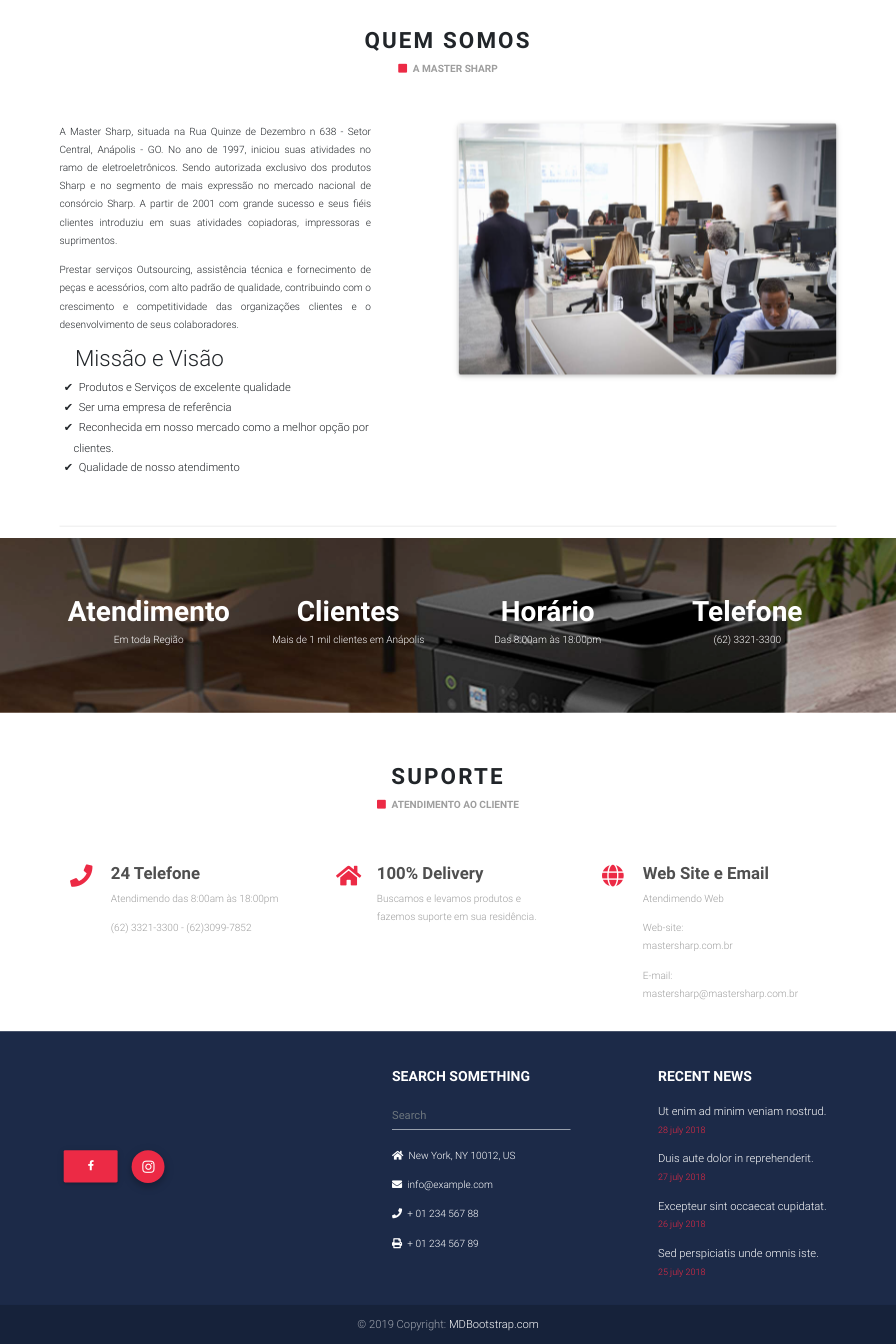
Repository: SalomaoMiguel/mastshap
Page: html/index.html
These files come from the project's save history. The page is drawn as it stood at one moment and after the next save; the edit follows.
The browser window is 1280 px wide. The pictures show the part of the page from y = 1373 to 3293 px (the page is 3293 px tall), at 70% of full size.
Some web libraries are served in a nearby version.

Above is the page before, as saved 2021-02-17 15:32:11.

### html/index.html
<!DOCTYPE html>
<html lang="pt-br">

<head>
  <meta charset="utf-8">
  <meta name="viewport" content="width=device-width, initial-scale=1, shrink-to-fit=no">
  <meta http-equiv="x-ua-compatible" content="ie=edge">
  <title>Master Sharp</title>
  <!-- Font Awesome -->
  <link rel="stylesheet" href="https://use.fontawesome.com/releases/v5.8.2/css/all.css">
  <!-- Bootstrap core CSS -->
  <link href="../css/bootstrap.min.css" rel="stylesheet">
  <!-- Material Design Bootstrap -->
  <link href="../css/mdb.min.css" rel="stylesheet">
  <style>
    html,
        body,
        header,
        .jarallax {
          height: 100%;
        }

        @media (min-width: 560px) and (max-width: 740px) {
          html,
          body,
          header,
          .jarallax {
            height: 500px;
          }
        }

        @media (min-width: 800px) and (max-width: 850px) {
            html,
            body,
            header,
            .jarallax {
              height: 600px;
            }
        }

        @media (min-width: 800px) and (max-width: 850px) {
            .navbar:not(.top-nav-collapse) {
                background: #24355c!important;
            }
            .navbar {
              box-shadow: 0 2px 5px 0 rgba(0,0,0,.16), 0 2px 10px 0 rgba(0,0,0,.12) !important;
            }
        }
    </style>
</head>

<body class="intro-page transport-lp">

  <!--Navigation & Intro-->
  <header>

    <!--Navbar-->
    <nav class="navbar fixed-top navbar-expand-lg navbar-dark scrolling-navbar" style="background-color: #f7f7f7!important;">
      <div class="container">
        <a class="navbar-brand" href="#"><img src="../imga/logo/logomastersharp.png" class="img-fluid  " alt="My photo"></a>
        <button class="navbar-toggler" type="button" data-toggle="collapse" data-target="#navbarSupportedContent"
          aria-controls="navbarSupportedContent" aria-expanded="false" aria-label="Toggle navigation">
          <span class="navbar-toggler-icon"></span>
        </button>
        <div class="collapse navbar-collapse " id="navbarSupportedContent">
          <!--Links-->
          <ul class="navbar-nav mr-auto ml-auto smooth-scroll ">
            <li class="nav-item">
              <a class="nav-link text-muted" href="#home">Início <span class="sr-only">(current)</span></a>
            </li>

            <li class="nav-item">
              <a class="nav-link text-muted" href="#about" data-offset="100">Quem Somos</a>
            </li>
            <li class="nav-item">
              <a class="nav-link text-muted" href="#services" data-offset="30">Soluções</a>
            </li>
            <li class="nav-item">
              <a class="nav-link text-muted" href="#features" data-offset="100">Parceiros</a>
            </li>
            <li class="nav-item">
              <a class="nav-link text-muted" href="#suport" data-offset="100">Suporte</a>
            </li>
            <li class="nav-item">
              <a class="nav-link text-muted" href="#contact" data-offset="30">Contato</a>
            </li>
          </ul>

          <!--Social Icons-->
          <ul class="navbar-nav nav-flex-icons">
            <li class="nav-item">
              <a class="nav-link" href="https://api.whatsapp.com/send?phone=5562991729598&#038;text=Gostaria de informações sobre a Master Sharp" target="_blank" rel="noopener noreferrer"><i class="fab fa-whatsapp text-success"> (62) 99172-9598</i></a>
            </li>
            <li class="nav-item">
              <a class="nav-link" href="https://api.whatsapp.com/send?phone=5562993291564&#038;text=Gostaria de informações sobre a Master Sharp" target="_blank" rel="noopener noreferrer" ><i class="fab fa-whatsapp text-success"> (62) 99329-1564</i></a>
            </li>
          </ul>
        </div>
      </div>
    </nav>
    <!--/Navbar-->

    <!-- Intro Section -->
    <div id="home" class="view jarallax" data-jarallax='{"speed": 0.2}' style="background-image: url('../imga/back/impressorapeople.png'); background-repeat: no-repeat; background-size: cover; background-position: center center;">
      <div class="mask rgba-black-light">
        <div class="container h-100 d-flex justify-content-center align-items-center">
          <div class="row smooth-scroll">
            <div class="col-md-12 white-text text-center">
              <div class="wow fadeInDown" data-wow-delay="0.2s">
                <h1 class="display-4 text-uppercase rgba-black-light px-3 py-2"><strong class="font-weight-bold">Master Sharp sempre inovando.</strong></h1>
                <h5 class="white-text mt-5"></h5>
                <h2 class="white-text text-uppercase h2-responsive font-weight-bold mb-5 mt-4"> Oferecendo assim a melhor solução para redução de custos.</h2>
                <a href="https://api.whatsapp.com/send?phone=5562993291564&#038;text=Gostaria de informações sobre a Master Sharp" target="_blank" rel="noopener noreferrer" data-offset="100" class="btn btn-success btn-rounded"><i class="fab fa-whatsapp text-white" style="font-size: 18px;"> <span class="text-white"> </span></i> &nbsp; Fale conosco</a>
              </div>
            </div>
          </div>
        </div>
      </div>
    </div>

  </header>
  <!--/Navigation & Intro-->

  <!--Main content-->
  <main>

    <!--First container-->
    <div class="container-fluid background-z">
      <div class="container">

        <!--Section: Possibilities-->
        <section class="py-4">

          <!--Secion heading-->
          <h2 id="services" class="text-center text-uppercase font-weight-bold mt-5 pt-4 spacing wow fadeIn" data-wow-delay="0.2s"><strong>Soluções</strong></h2>

          <!--Section description-->
          <p class="text-center text-uppercase font-weight-bold grey-text mb-5 pb-3 wow fadeIn" data-wow-delay="0.2s"><i
              class="fas fa-square red-text-2 mr-2" aria-hidden="true"></i> Nossos Serviços</p>

          <!--First row-->
          <div class="row mb-5 wow fadeIn" data-wow-delay="0.4s">

            <div class="col-lg-3 col-md-6 text-center pt-1">
              <div class="icon-area">
                <div class="circle-icon">
                  <i class="fas fa-print"></i>
                </div>
                <br>
                <strong>Locação de Impressoras</strong>
                <p>Soluções Corporativas em impressão e cópias..</p>
              </div>
            </div>

            <div class="col-lg-3 col-md-6 text-center pt-1">
              <div class="icon-area">
                <div class="circle-icon">
                  <i class="fas fa-print"></i>
                </div>
                <br>
                <strong>Manutenção de Impressoras</strong>
                <p>Equipe de Assistência Técnica altamente qualificada, jovem mas competente e com vasta experiência no seu segmento de atuação.</p>
              </div>
            </div>

            <div class="col-lg-3 col-md-6 text-center pt-1">
              <div class="icon-area">
                <div class="circle-icon">
                  <i class="fas fa-print"></i>
                </div>
                <br>
                <strong>Toners e Recargas</strong>
                <p>Somos especializados em recarga de toners. Oferecemos a sua empresa um serviço de qualidade por um preço acessível.</p>
              </div>
            </div>

            <div class="col-lg-3 col-md-6 text-center pt-1">
              <div class="icon-area">
                <div class="circle-icon">
                  <i class="fas fa-print"></i>
                </div>
                <br>
                <strong>Vendas de Impressoras</strong>
                <p>Sharp, Brother, Samsung, Ricoh, HP, Epson e muito mais. Impressoras de varios modelos.</p>
              </div>
            </div>

          </div>
          <!--/First row-->

        </section>
        <!--/Section: Possibilities-->

      </div>
    </div>
    <!--/First container-->

    <!--Second container-->
    <div class="container">

      <!--Section: About-->
      <section id="about" class="about my-5">

        <!--Secion heading-->
        <h2 class="text-center text-uppercase font-weight-bold mt-5 pt-4 pt-4 spacing wow fadeIn" data-wow-delay="0.2s"><strong>Quem Somos</strong></h2>

        <!--Section description-->
        <p class="text-center text-uppercase font-weight-bold grey-text mb-5 pb-3 wow fadeIn" data-wow-delay="0.2s"><i
            class="fas fa-square red-text-2 mr-2" aria-hidden="true"></i>A Master Sharp</p>

        <!--First row-->
        <div class="row">

          <!--First column column-->
          <div class="col-xl-5 col-lg-6 pb-1 wow fadeIn" data-wow-delay="0.4s">

            <!--Description-->
            <p align="justify">A Master Sharp, situada na Rua Quinze de Dezembro n 638 - Setor Central, Anápolis - GO. No ano de 1997, iniciou suas atividades no ramo de eletroeletrônicos. Sendo autorizada exclusivo dos produtos Sharp e no segmento de mais expressão no mercado nacional de consórcio Sharp. A partir de 2001 com grande sucesso e seus fiéis clientes introduziu em suas atividades copiadoras, impressoras e suprimentos.
            </p>

            <p align="justify">Prestar serviços Outsourcing, assistência técnica e fornecimento de peças e acessórios, com alto padrão de qualidade, contribuindo com o crescimento e competitividade das organizações clientes e o desenvolvimento de seus colaboradores.</p>

            <ul>
              <h2> Missão e Visão</h2>
              <li>Produtos e Serviços de excelente qualidade</li>
              <li>Ser uma empresa de referência</li>
              <li>Reconhecida em nosso mercado como a melhor opção por clientes.</li>
              <li>Qualidade de nosso atendimento</li>
            </ul>

          </div>
          <!--/First column-->

          <!--Column column-->
          <div class="col-xl-6 ml-lg-auto col-lg-6 mb-5 wow fadeIn" data-wow-delay="0.4s">

            <!--Image-->
            <img src="../imga/back/officess.jpg" class="img-fluid rounded z-depth-1"
              alt="My photo">

          </div>
          <!--/Column column-->

        </div>
        <!--/First row-->

      </section>
      <!--/Section: About-->

      <hr>

      <!--Section: Services-->

      <!--/Section: Services-->

    </div>
    <!--/Second container-->

    <!--Streak-->
    <div class="streak streak-photo" style="background-image:url('../imga/back/epson.jpg')">
      <div class="mask flex-center rgba-black-light">
        <div class="container">

          <!--First row -->
          <div class="row text-white text-center wow fadeIn" data-wow-delay="0.2s">

            <!--First column -->
            <div class="col-md-3 mb-2">
              <h1 class="white-text mb-1 font-weight-bold"><strong>Atendimento</strong></h1>
              <p>Em toda Região</p>
            </div>
            <!-- First column -->

            <!--Second column -->
            <div class="col-md-3 mb-2">
              <h1 class="white-text mb-1 font-weight-bold"><strong>Clientes</strong></h1>
              <p>Mais de 1 mil clientes em Anápolis</p>
            </div>
            <!-- Second column -->

            <!--Third column -->
            <div class="col-md-3 mb-2">
              <h1 class="white-text mb-1 font-weight-bold"><strong>Horário</strong></h1>
              <p>Das 8:00am às 18:00pm</p>
            </div>
            <!-- Third column -->

            <!--Fourth column -->
            <div class="col-md-3">
              <h1 class="white-text mb-1 font-weight-bold"><strong>Telefone</strong></h1>
              <p>(62) 3321-3300</p>
            </div>
            <!-- Fourth column -->

          </div>
          <!-- First row -->
        </div>
      </div>
    </div>
    <!--/Streak-->

    <!--Third container-->
    <div class="container">

      <!--Section: Features v.4-->
      <section id="suport" class="feature-box">

        <!--Secion heading-->
        <h2 class="text-center text-uppercase font-weight-bold mt-5 pt-4 spacing wow fadeIn" data-wow-delay="0.2s"><strong>Suporte</strong></h2>

        <!--Section description-->
        <p class="text-center text-uppercase font-weight-bold grey-text mb-5 wow fadeIn" data-wow-delay="0.2s"><i class="fas fa-square red-text-2 mr-2"
            aria-hidden="true"></i>Atendimento ao cliente</p>

        <!--Grid row-->
        <div class="row features-small pt-4">

          <!--Grid column-->
          <div class="col-md-4 mb-4">
            <div class="col-1 col-md-2 float-left">
              <i class="fas fa-phone red-text-2 fa-2x"></i>
            </div>
            <div class="col-10 col-md-9 col-lg-10 float-right">
              <h4 class="font-weight-bold dark-grey-text">24 Telefone </h4>
              <p class="grey-text"> Atendimendo das 8:00am às 18:00pm</p>
              <p class="grey-text"> (62) 3321-3300 - (62)3099-7852</p>
            </div>
          </div>
          <!--Grid column-->

          <!--Grid column-->
          <div class="col-md-4 mb-4">
            <div class="col-1 col-md-2 float-left">
              <i class="fas fa-home red-text-2 fa-2x"></i>
            </div>
            <div class="col-10 col-md-9 col-lg-10 float-right">
              <h4 class="font-weight-bold dark-grey-text">100% Delivery</h4>
              <p class="grey-text"> Buscamos e levamos produtos e fazemos suporte em sua residência.</p>
            </div>
          </div>
          <!--Grid column-->

          <!--Grid column-->
          <div class="col-md-4 mb-4">
            <div class="col-1 col-md-2 float-left">
              <i class="fas fa-globe red-text-2 fa-2x"></i>
            </div>
            <div class="col-10 col-md-9 col-lg-10 float-right">
              <h4 class="font-weight-bold dark-grey-text">Web Site e  Email</h4>
              <p class="grey-text">Atendimendo Web</p>
              <p class="grey-text">Web-site:&emsp;&emsp;&emsp;&emsp;&emsp;&emsp;mastersharp.com.br</p>
              <p class="grey-text">E-mail: mastersharp@mastersharp.com.br</p>
            </div>
          </div>
          <!--Grid column-->

        </div>
        <!--Grid row-->

      </section>
      <!--/Section: Features v.4-->

    </div>
    <!--/Third container-->

    <!--Fourth container-->

    <!--/Fourth container-->

    <!--Fifth container-->

    <!--/Fifth container-->

  </main>
  <!--/Main content-->

  <!--Footer-->
  <footer class="page-footer mdb-color darken-3 text-center text-md-left pt-5">

    <!--Footer Links-->
    <div class="container mb-3">

      <!--First row-->
      <div class="row">

        <!--First column-->
        <div id="contact" class="col-md-4 mt-1 mb-1 wow fadeIn" data-wow-delay="0.3s" >
          <!--About-->
          <h5 class="title mb-4 font-weight-bold"></h5>

          <p>&emsp;</p>

          <p>&emsp;</p>
          <!--/About -->

          <div class="footer-socials mt-2 mr-md-auto ml-md-auto">
            <!--Facebook-->
            <a    href="https://www.facebook.com/mastersharp.aps/"  type="button" class="btn  btn-danger-2"><i class="fab fa-facebook-f"></i></a>
            <!--Dribbble-->
            <a  href="https://www.instagram.com/master.sharp/" type="button" class="btn-floating  btn-danger-2"><i class="fab fa-instagram"></i></a>
          </div>
        </div>
        <!--/First column-->

        <hr class="w-100 clearfix d-md-none">

        <!--Second column-->
        <div class="col-lg-3 ml-lg-auto col-md-4 mt-1 mb-1 wow fadeIn" data-wow-delay="0.3s">
          <!--Search-->
          <h5 class="text-uppercase mb-4 font-weight-bold">Search something</h5>

          <ul class="footer-search list-unstyled">
            <li>
              <form class="search-form" role="search">
                <div class="md-form">
                  <input type="text" class="form-control" placeholder="Search">
                </div>
              </form>
            </li>
          </ul>

          <!--Info-->
          <p><i class="fas fa-home pr-1"></i> New York, NY 10012, US</p>
          <p><i class="fas fa-envelope pr-1"></i> info@example.com</p>
          <p><i class="fas fa-phone pr-1"></i> + 01 234 567 88</p>
          <p><i class="fas fa-print pr-1"></i> + 01 234 567 89</p>

        </div>
        <!--/Second column-->

        <hr class="w-100 clearfix d-md-none">

        <!--Third column-->
        <div class="col-lg-3 ml-lg-auto col-md-4 mt-1 mb-1 wow fadeIn" data-wow-delay="0.3s">
          <!--Contact-->
          <h5 class="text-uppercase mb-4 font-weight-bold">Recent news</h5>

          <ul class="footer-posts list-unstyled">
            <li><a>Ut enim ad minim veniam nostrud.</a><span>
                <p class="red-text-2 font-small">28 july 2018</p>
              </span></li>
            <li><a>Duis aute dolor in reprehenderit.</a><span>
                <p class="red-text-2 font-small">27 july 2018</p>
              </span></li>
            <li><a>Excepteur sint occaecat cupidatat.</a><span>
                <p class="red-text-2 font-small">26 july 2018</p>
              </span></li>
            <li><a>Sed perspiciatis unde omnis iste.</a><span>
                <p class="red-text-2 font-small">25 july 2018</p>
              </span></li>
          </ul>

        </div>
        <!--/Third column-->

      </div>
      <!--/First row-->

    </div>
    <!--/Footer Links-->

    <!--Copyright-->
    <div class="footer-copyright py-3 text-center">
      <div class="container-fluid">
        © 2019 Copyright: <a href="https://mdbootstrap.com/education/bootstrap/" target="_blank"> MDBootstrap.com </a>
      </div>
    </div>
    <!--/Copyright-->

  </footer>
  <!--/Footer-->


  <!-- SCRIPTS -->

  <!-- JQuery -->
  <script type="text/javascript" src="../js/jquery-3.4.1.min.js"></script>

  <!-- Bootstrap tooltips -->
  <script type="text/javascript" src="../js/popper.min.js"></script>

  <!-- Bootstrap core JavaScript -->
  <script type="text/javascript" src="../js/bootstrap.min.js"></script>

  <!-- MDB core JavaScript -->
  <script type="text/javascript" src="../js/mdb.min.js"></script>

  <script>
    //Animation init
    new WOW().init();

  </script>

</body>

</html>

Loaded but not shown: css/bootstrap.min.css (library); css/mdb.min.css (library); js/jquery-3.4.1.min.js (library); js/popper.min.js (library); js/bootstrap.min.js (library); js/mdb.min.js (library)

After the next save:
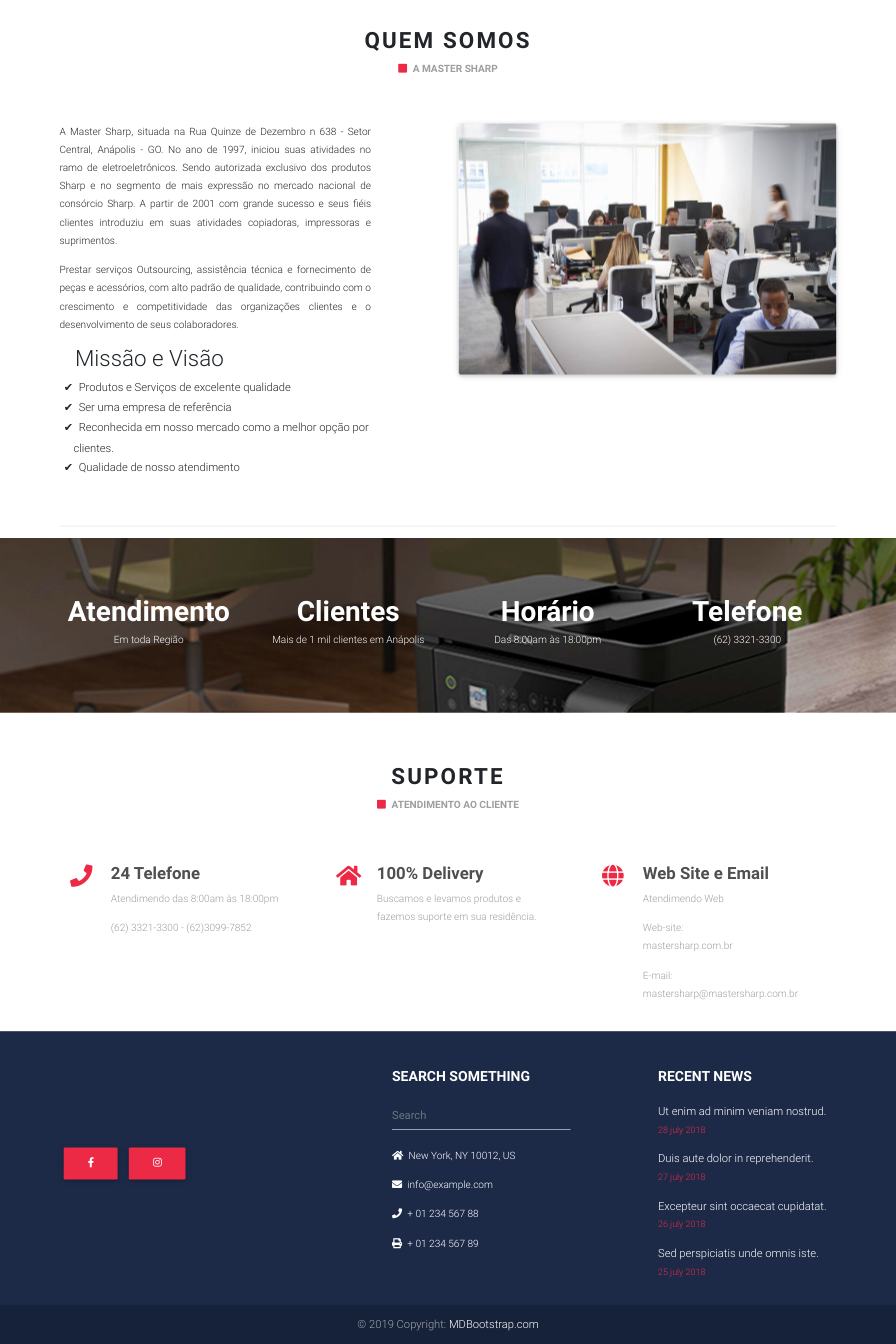
Saved 10 s later.
--- a/html/index.html
+++ b/html/index.html
@@ -397,7 +397,7 @@
             <!--Facebook-->
             <a    href="https://www.facebook.com/mastersharp.aps/"  type="button" class="btn  btn-danger-2"><i class="fab fa-facebook-f"></i></a>
             <!--Dribbble-->
-            <a  href="https://www.instagram.com/master.sharp/" type="button" class="btn-floating  btn-danger-2"><i class="fab fa-instagram"></i></a>
+            <a  href="https://www.instagram.com/master.sharp/" type="button" class="btn  btn-danger-2"><i class="fab fa-instagram"></i></a>
           </div>
         </div>
         <!--/First column-->
